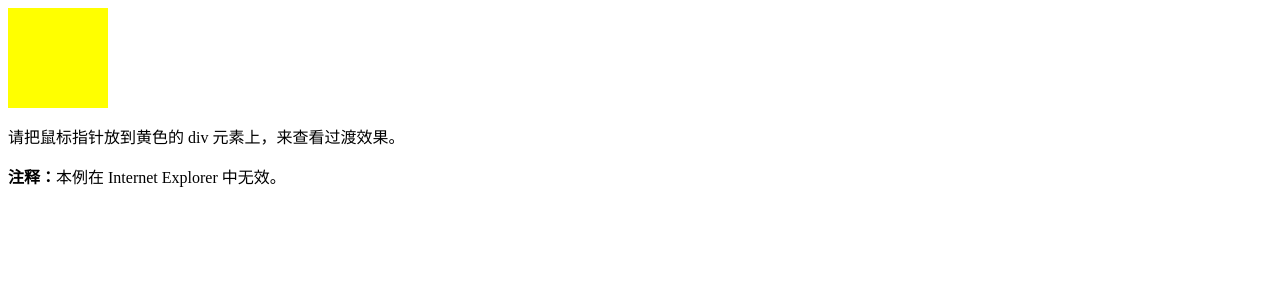
Repository: YukiXueyan/moquWebsite
Page: html/CSS过渡.html
The author's editor kept a copy of each file at every save. The page is drawn from the files as they stood at one save, then again after the next save.
The browser window is 1280 px wide. The pictures show the whole page.

Above is the page before, as saved 2020-07-05 16:34:35.

### html/CSS过渡.html
<!DOCTYPE html>
<html>
<head>
<style>
div
{
width:100px;
height:100px;
background:yellow;
transition:width 2s;

}

div:hover
{
width:300px;
}
</style>
</head>
<body>

<div></div>

<p>请把鼠标指针放到黄色的 div 元素上，来查看过渡效果。</p>

<p><b>注释：</b>本例在 Internet Explorer 中无效。</p>

</body>
</html>

After the next save:
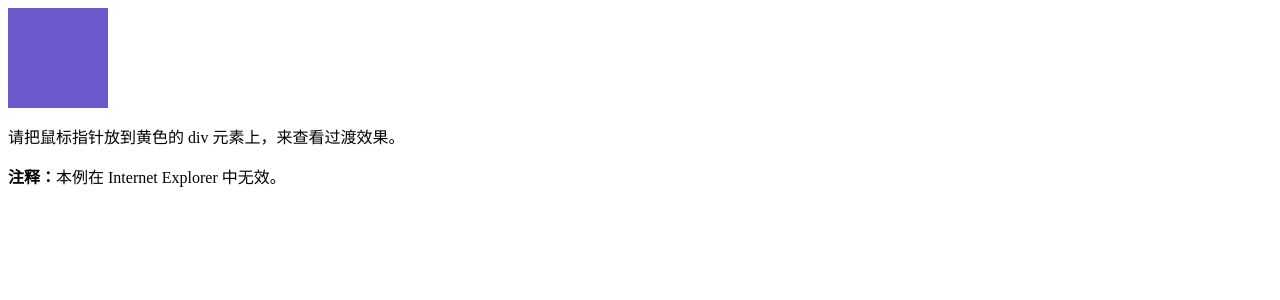
Saved 7 s later.
--- a/html/CSS过渡.html
+++ b/html/CSS过渡.html
@@ -6,7 +6,7 @@ div
 {
 width:100px;
 height:100px;
-background:yellow;
+background:slateblue;
 transition:width 2s;
 
 }
